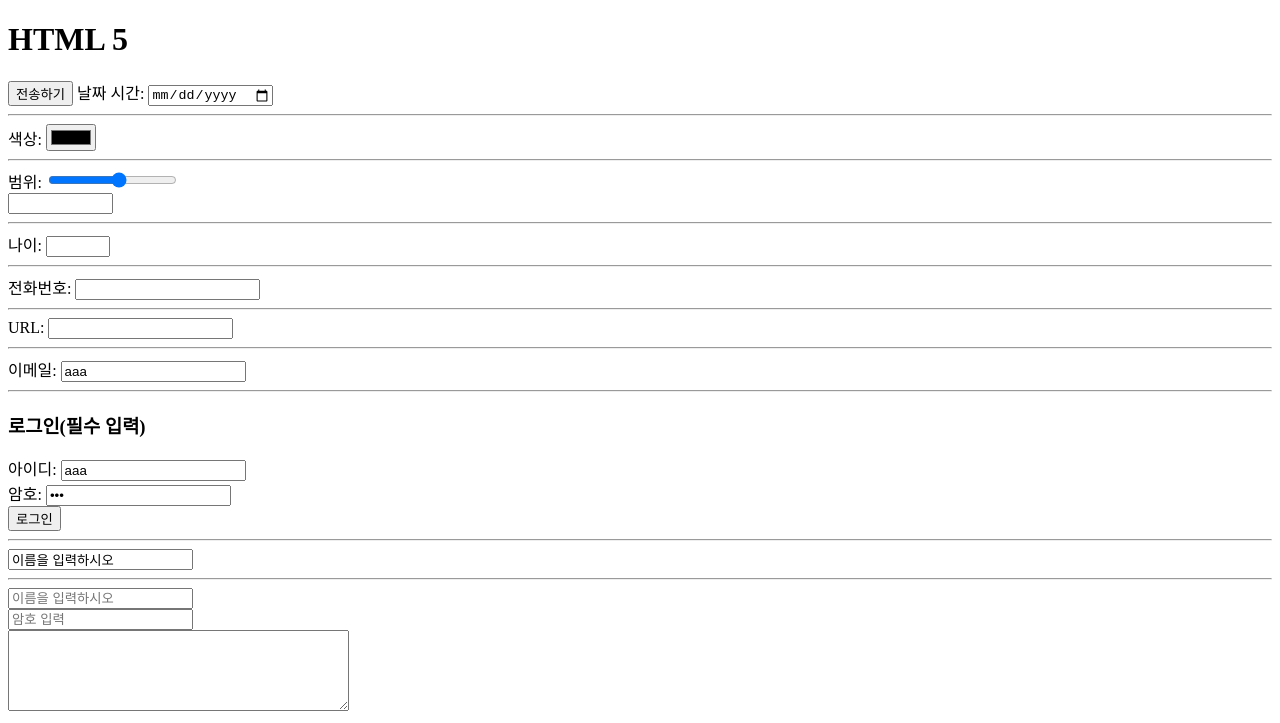
Repository: seula123/Front-End
Page: ClientTest/src/main/webapp/html/ex19.html
An editor plug-in stored every save of this project. The page is shown before and after the next save, followed by the edit.
The browser window is 1280 px wide. The pictures show the whole page.

Above is the page before, as saved 2023-09-21 08:38:19.

### ClientTest/src/main/webapp/html/ex19.html
<!DOCTYPE html>
<html>
<head>
<meta charset="UTF-8">
<title>Insert title here</title>
</head>
<body>

	<!-- ex19.html -->
	<h1>HTML 5</h1>

	<form method = "POST" action = "ex18_server.jsp">

		<input type = "submit" value="전송하기">




		날짜 시간:
		<input type = "date">



		<hr>
		색상: <input type = "color" onchange="document.body.bgColor=this.value;">




		<hr>
			범위: <input type = "range"
					onchange = "document.getElementById('txt1').value=this.value;"
					min="10" max="100" step="10">
			<br>
			<input type ="text" id="txt1" size="10">


		<hr>
		나이: <input type ="number" min="0" max="100">


		<hr>

		전화번호: <input type ='tel'>

		<hr>
			URL: <input type ="url">
		<hr>


			이메일: <input type = "email"required value="aaa">




		<hr>

			<h3>로그인(필수 입력)</h3>
				아이디: <input type = "text" required value="aaa"><br>
				암호: <input type = "password" required value="bbb"><br>
				<input type = "submit" value = "로그인">



		<hr>
		<input type = "text" value="이름을 입력하시오"
		onfocus = "this.value = '';">

		<hr>

		<input type = "text" placeholder = "이름을 입력하시오">
		<br>
		<input type = "password" placeholder = "암호 입력">
		<br>
		<textarea cols ="40" rows ="5" placeholder = "자기소개">



		</textarea>

	</form>








</body>
</html>

After the next save:
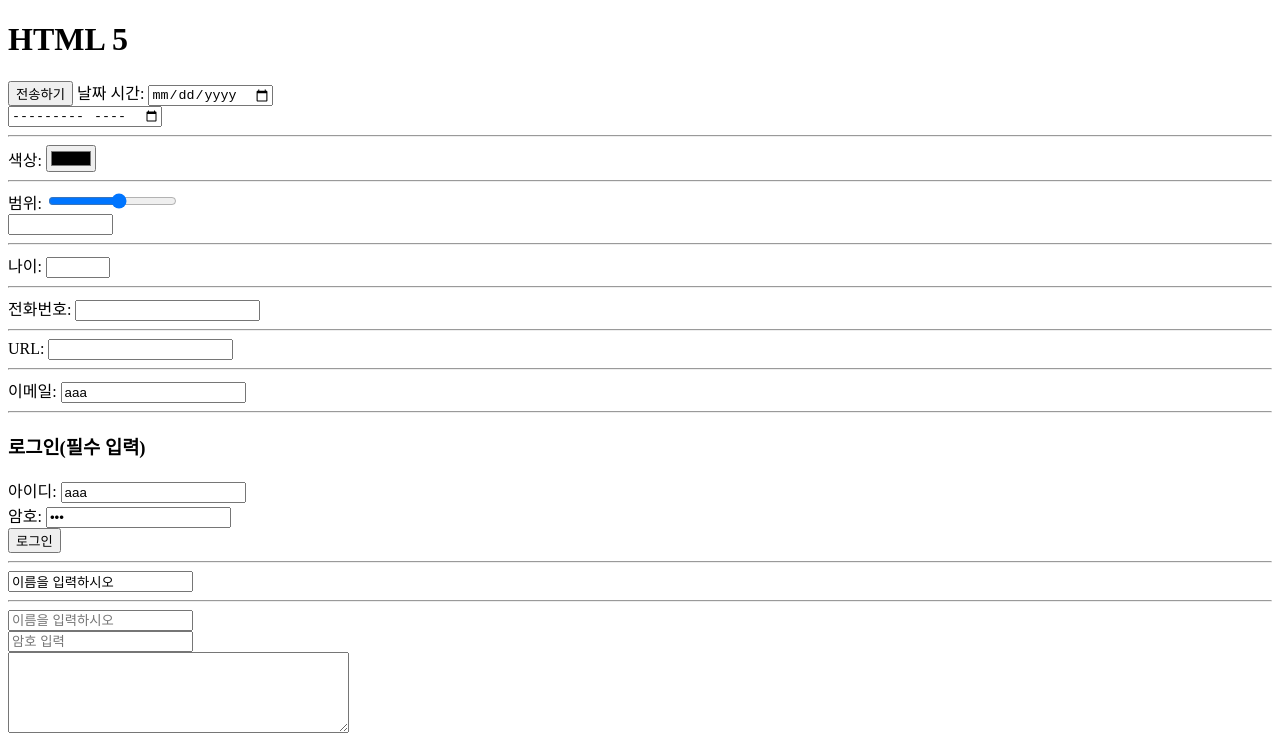
Saved 43 s later.
--- a/ClientTest/src/main/webapp/html/ex19.html
+++ b/ClientTest/src/main/webapp/html/ex19.html
@@ -18,7 +18,8 @@
 
 		날짜 시간:
 		<input type = "date">
-
+		<br>
+		<input type = "month">
 
 
 		<hr>
